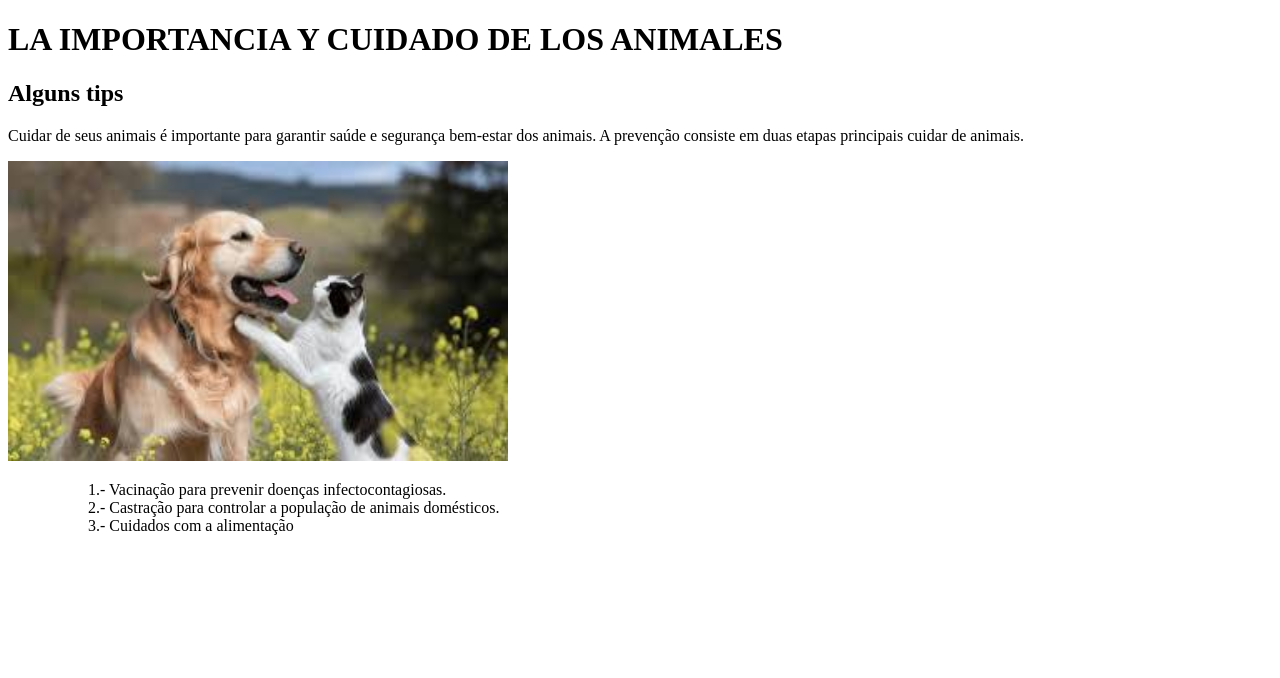
Repository: AnaFzCz/PROYECTOS-HTML---CSS2
Page: Ex_project_1/index.html
An editor plug-in stored every save of this project. The page is shown before and after the next save, followed by the edit.
The browser window is 1280 px wide. The pictures show the whole page.

Above is the page before, as saved 2025-01-20 06:52:32.

### Ex_project_1/index.html
<!DOCTYPE html>
<head>
    <title>Project_One</title>
    <meta charset="UTF-8">
</head>
<body>
    <h1>LA IMPORTANCIA Y CUIDADO DE LOS ANIMALES</h1>
    <h2>Alguns tips</h2>
    <p>Cuidar de seus animais é importante para garantir saúde e segurança bem-estar dos animais. A prevenção consiste em duas etapas principais cuidar de animais.</p>
    <img src="animales.jpg" alt="animales" style="width:500px;height: 300px;">
    <ul>
        <ol>1.- Vacinação para prevenir doenças infectocontagiosas.</ol>
        <ol>2.- Castração para controlar a população de animais domésticos.</ol>
        <ol>3.- Cuidados com a alimentação</ol>
    </ul>
</body>

After the next save:
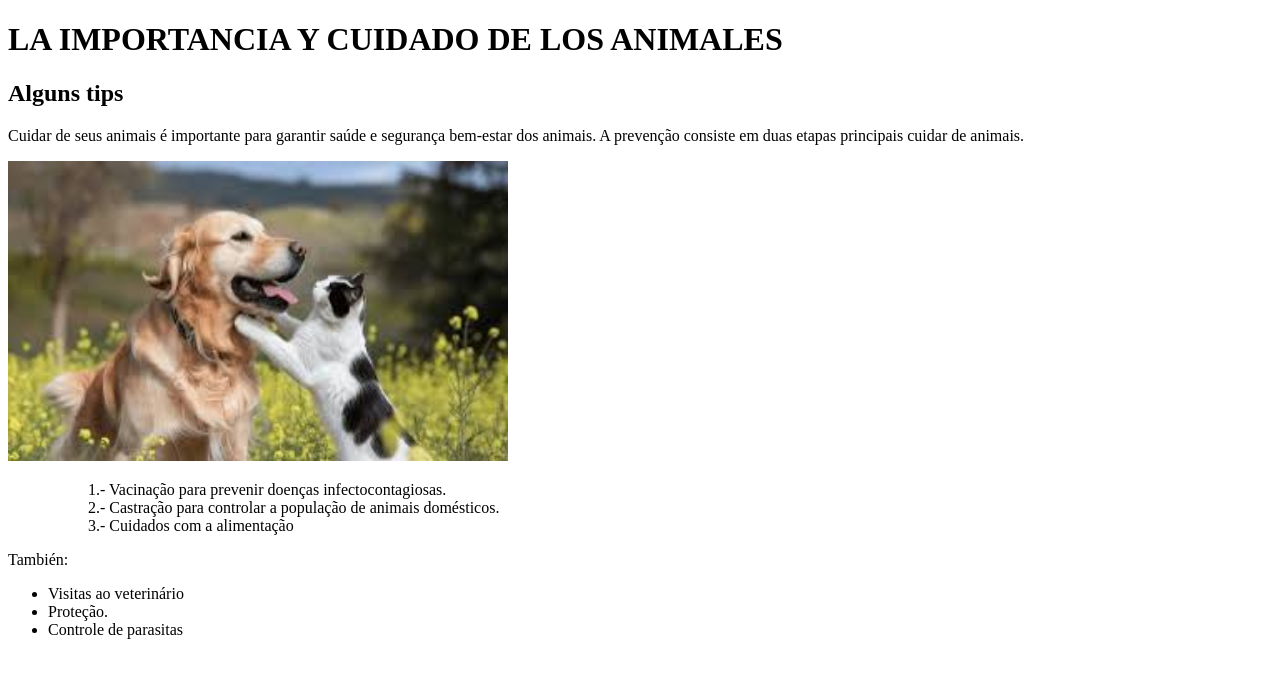
Saved 2 min 24 s later.
--- a/Ex_project_1/index.html
+++ b/Ex_project_1/index.html
@@ -13,4 +13,10 @@
         <ol>2.- Castração para controlar a população de animais domésticos.</ol>
         <ol>3.- Cuidados com a alimentação</ol>
     </ul>
+   <p> También:</p>
+    <ul>
+        <li>Visitas ao veterinário</li>
+        <li>Proteção.</li>
+        <li>Controle de parasitas</li>
+    </ul>
 </body>
